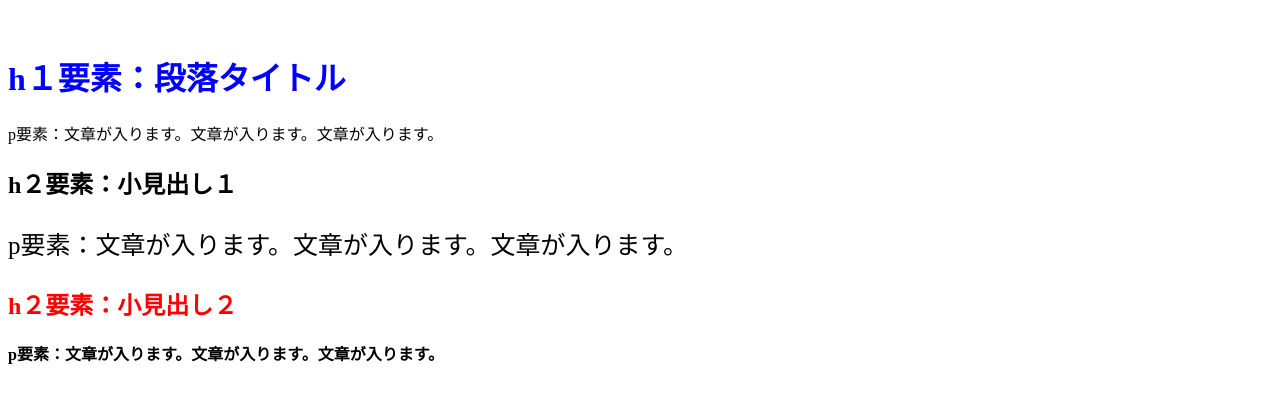
Repository: hatatatedai/samurai_HTML-CSS
Page: index3.html
The author's editor kept a record of every edit. The page is drawn from the files as they stood at one moment, then again after the next edit.
The browser window is 1280 px wide. The pictures show the whole page.

Above is the page before.

### index3.html
<!DOCTYPE html>
<html lang="ja">
　<head>
    <meta charset="UTF-8">
    <title>HTML/CSSの学習</title>
    <style>
        #red{
            color: red;
        }
        .blue{
            color: blue;
        }
    </style>
　</head>
　<body>
    <h1 class="blue">h１要素：段落タイトル</h1>
    <p>p要素：文章が入ります。文章が入ります。文章が入ります。</p>
    <h2>h２要素：小見出し１</h2>
    <p style="font-size: 25px;">
       p要素：文章が入ります。文章が入ります。文章が入ります。</p>
    <h2 id="red">h２要素：小見出し２</h2>
    <p style="font-weight: bold;">
       p要素：文章が入ります。文章が入ります。文章が入ります。</p>
　</body>
</html>

After the next edit:
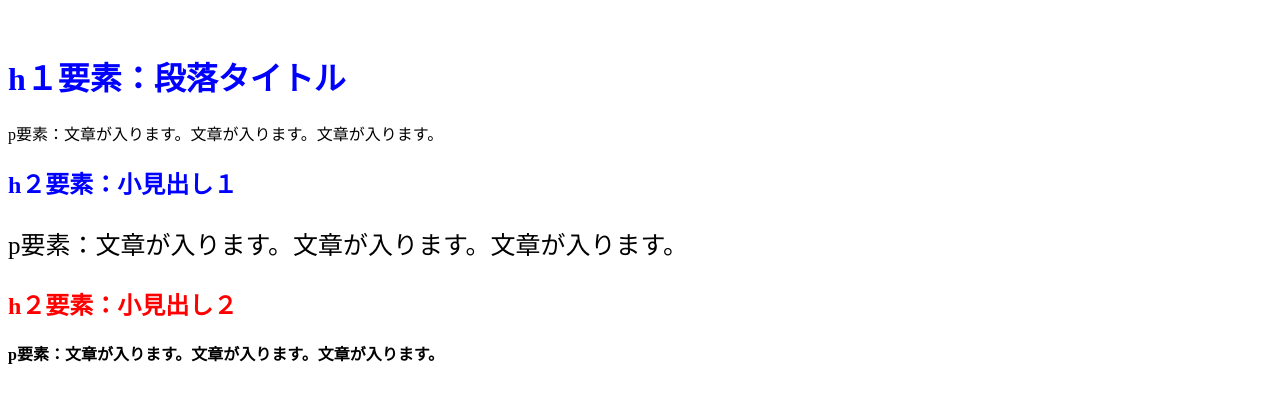
The edit:
--- a/index3.html
+++ b/index3.html
@@ -15,7 +15,7 @@
 　<body>
     <h1 class="blue">h１要素：段落タイトル</h1>
     <p>p要素：文章が入ります。文章が入ります。文章が入ります。</p>
-    <h2>h２要素：小見出し１</h2>
+    <h2 class="blue">h２要素：小見出し１</h2>
     <p style="font-size: 25px;">
        p要素：文章が入ります。文章が入ります。文章が入ります。</p>
     <h2 id="red">h２要素：小見出し２</h2>
